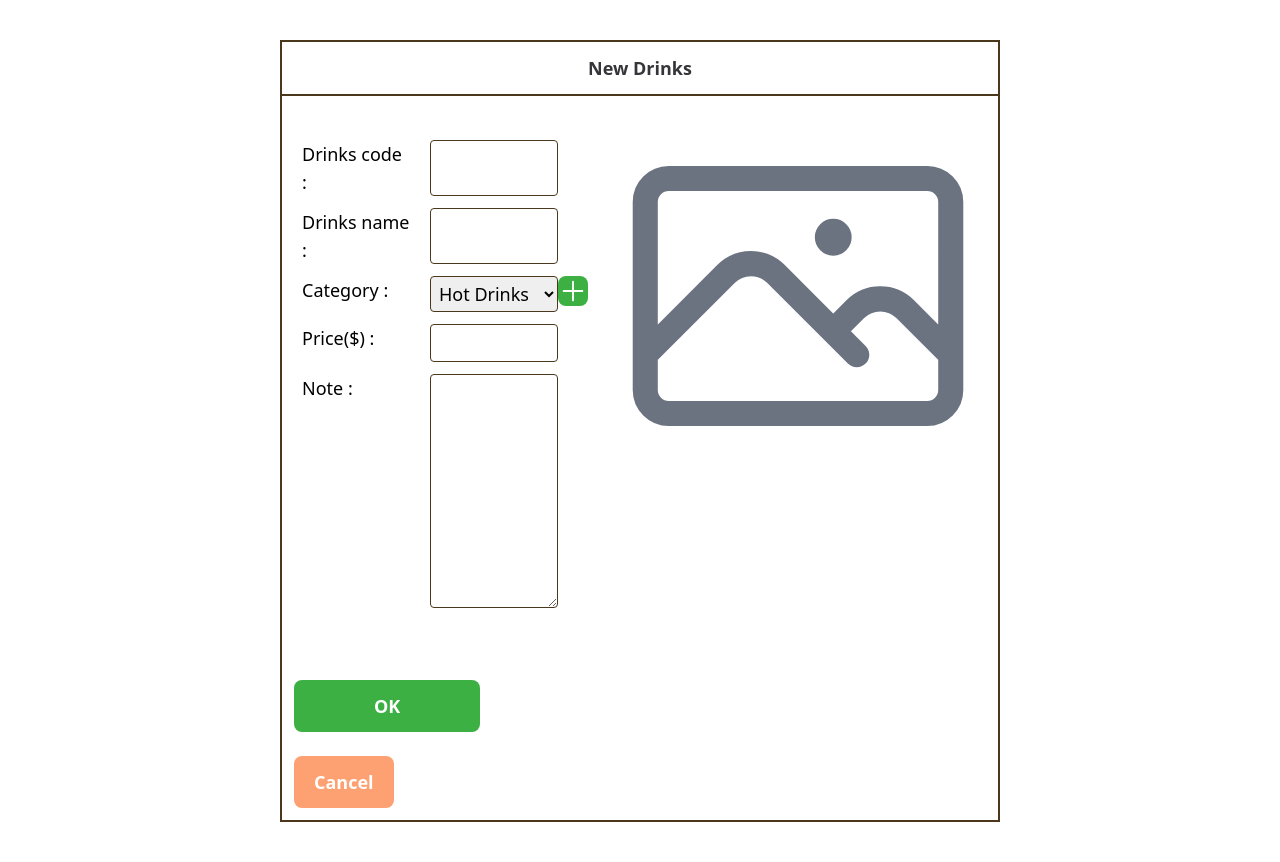
Repository: Dapravith/Midterm-SE-GIC-Cafe-Project-Group16
Page: bin/main/templates/addDrink.html
The author's editor kept a copy of each file at every save. The page is drawn from the files as they stood at one save, then again after the next save.
The browser window is 1280 px wide. The pictures show the whole page.
Some web libraries are served in a nearby version.

Above is the page before, as saved 2023-05-17 08:40:58.

### bin/main/templates/addDrink.html
<!DOCTYPE html>
<html lang="en">

<head>
    <meta charset="UTF-8">
    <meta http-equiv="X-UA-Compatible" content="IE=edge">
    <meta name="viewport" content="width=device-width, initial-scale=1.0">
    <title>Add New Drink</title>
    <script src="https://cdn.tailwindcss.com"></script>
    <style>
        * {
            margin: 0;
            padding: 0;
            box-sizing: border-box;
        }

        button:hover {
            box-shadow: 0 14px 15px 0 rgba(36, 149, 198, 0.921), 0 17px 60px 0 rgba(90, 81, 81, 0.19);
        }

        .text-center {
            color: rgb(54, 54, 58);
            justify-content: center;
            font-weight: bold;
        }
    </style>
</head>

<body class="m-10 text-lg">
    <!-- CRUD PRODUCTS -->
    <div class="new_drink w-[60%] h-fit m-auto  border-[2px] border-solid border-[#4B371C] ">
        <div class="p-3 head">
            <h2 class="text-center">New Drinks</h2>
        </div>
        <div class="w-[100%] border-[1px] border-solid border-[#4B371C]"></div>
        <div class="flex">
            <div class="add_drink w-[60%]">
                <div class="py-3 ">
                    <form action="#" class="p-5 ">
                        <div class="grid grid-cols-2 mt-3">
                            <label class="mr-5" for="dcode">Drinks code :</label>
                            <input type="text" id="dcode" name="" class="p-1 border-[1px] border-solid border-[#4B371C] rounded" placeholder="">
                        </div>
                        <div class="grid grid-cols-2 mt-3">
                            <label class="mr-5" for="dname">Drinks name :</label>
                            <input type="text" id="dname" name="" class="p-1 border-[1px] border-solid border-[#4B371C] rounded" placeholder="">
                        </div>
                        <div class="grid grid-cols-2 mt-3">
                            <label class="mr-5" for="category">Category :</label>
                            <div class="flex justify-between">
                                <select type="add-item" id="category" name="" class="p-1 border-[1px] border-solid border-[#4B371C] rounded" placeholder="">
                                    <option value="1">Hot Drinks</option >
                                    <option value="2" >Cool Drinks</option >
                                    <option value="3" >Frappe</option >
                                    <option value="4" >Milk Tea</option >
                                </select>
                                <button id="add_category" class=" w-fit h-fit bg-[#3CB043] text-center text-white font-bold cursor-pointer duration-100 rounded-lg">
                                    <svg xmlns="http://www.w3.org/2000/svg" fill="none" viewBox="0 0 24 24" stroke-width="1.5" stroke="currentColor" class="w-[30px] h-[30px] " onclick="showPopup()">
                                        <path stroke-linecap="round" stroke-linejoin="round" d="M12 4.5v15m7.5-7.5h-15" />
                                    </svg>
                                </button>

                            </div>

                        </div>

                        <div class="grid grid-cols-2 mt-3">
                            <label class="mr-5" for="price">Price($) :</label>
                            <input name="" min="0" type="number" id="price" class="p-1 border-[1px] border-solid border-[#4B371C] rounded" placeholder="">
                        </div>
                        <div class="grid grid-cols-2 mt-3">
                            <label class="mr-5" for="note">Note :</label>
                            <textarea id="note" cols="50" rows="8" name="" class="p-1 w-full border-[1px] border-solid border-[#4B371C] rounded resize-x"> </textarea>
                        </div>
                    </form>
                </div>
                <br />
                <div>
                    <button class=" py-3 bg-[#3CB043] text-center text-white font-bold px-20 m-3 inline-block cursor-pointer duration-100 rounded-lg">OK</button>
                    <button class=" py-3 px-5 bg-[#FDA172] text-center text-white  font-bold p-3 m-3 inline-block cursor-pointer duration-100 rounded-lg">Cancel</button>
                </div>
            </div>
            <!-- images -->
            <div class="ml-5 img">
                <form action="#">
                    <input id="file-input" type="file" name="file" hidden accept="image/*">
                    <label for="file-input" class="cursor-pointer">
                        <div id="image-preview" class="w-[400px] h-fit p-3 border-[#4B371C]">
                            <svg xmlns="http://www.w3.org/2000/svg" fill="none" viewBox="0 0 24 24" stroke-width="1.6" stroke="currentColor" class="w-full h-full text-gray-500">
                                <path stroke-linecap="round" stroke-linejoin="round" d="M2.25 15.75l5.159-5.159a2.25 2.25 0 013.182 0l5.159 5.159m-1.5-1.5l1.409-1.409a2.25 2.25 0 013.182 0l2.909 2.909m-18 3.75h16.5a1.5 1.5 0 001.5-1.5V6a1.5 1.5 0 00-1.5-1.5H3.75A1.5 1.5 0 002.25 6v12a1.5 1.5 0 001.5 1.5zm10.5-11.25h.008v.008h-.008V8.25zm.375 0a.375.375 0 11-.75 0 .375.375 0 01.75 0z" />
                            </svg>
                        </div>
                    </label>
                </form>
            </div>
        </div>
    </div>
    </div>
    </div>
    </div>
    <!-- ADD NEW CATEGORY -->
    <div class="popup w-[100vw] h-[100vh] absolute top-[0] left-[0] bg-[#f1f1f199] hidden z-[100]">
        <main class="w-[20rem] absolute top-[50%] left-[50%] translate-x-[-50%] translate-y-[-50%]">
            <div class="none w-full h-fit m-auto  border-[2px] border-solid border-[#4B371C]">
                <div class="p-3 head">
                    <h2 class="text-center">New Category</h2>
                </div>
                <div class="w-[100%] border-[1px] border-solid border-[#4B371C]"></div>
                <div class="">
                    <form action="#" class="p-3 add_category">
                        <div class="grid grid-cols-2 mt-3">
                            <label for="gcode">Category code :</label>
                            <input type="text" id="dcode" name="" class="category_code border-[1px] border-solid border-[#4B371C] rounded" placeholder="" required>
                        </div>
                        <div class="grid grid-cols-2 mt-3">
                            <label for="gname">Category name :</label>
                            <input type="text" id="gname" name="" class="category_name border-[1px] border-solid border-[#4B371C] rounded" placeholder="" required>
                        </div>
                        <br />
                        <div class="flex">
                            <input id="okay" type="submit" value="OK" class=" py-3 bg-[#3CB043] text-center font-bold text-white px-16 in m-3 p-3 line-block cursor-pointer duration-100 rounded-lg">
                            <button class="cancel py-3 px-5 bg-[#FDA172] text-center font-bold text-white p-3 m-3 inline-block cursor-pointer duration-100 rounded-lg">Cancel</button>
                        </div>
                    </form>
                </div>
            </div>
        </main>

    </div>
    <script>
        const addNewCat = document.getElementById("add_category");
        const popup = document.querySelector(".popup");
        const form_add_category = document.querySelector(".add_category");
        const imagePreview = document.getElementById("image-preview");
        const fileInput = document.getElementById("file-input");

        addNewCat.addEventListener("click", showPopup);

        function showPopup() {
            popup.classList.remove("hidden");
        }

        form_add_category.addEventListener("submit", () => {
            clear();
            popup.classList.add("hidden");
        });

        document.querySelector(".cancel").addEventListener("click", () => {
            clear();
            popup.classList.add("hidden");
        });

        popup.addEventListener("click", (e) => {
            const target = e.target;

            if (target.classList.contains("popup")) {
                clear();
                popup.classList.add("hidden");
            }
        });

        function readImage(input) {
            if (input.files && input.files[0]) {
                const reader = new FileReader();

                reader.onload = function(e) {
                    const fileName = input.files[0].name;

                    imagePreview.innerHTML = `
                  <div class="image-container">
                    <img src="${e.target.result}" alt="Category Image">
                    <p class="image-name">${fileName}</p>
                    <button class="flex inline-flex items-center px-4 py-2 text-sm font-medium text-white bg-red-700 rounded-md item-center hover:bg-red-900">
                        <svg xmlns="http://www.w3.org/2000/svg" class="w-5 h-5 mr-2" fill="none" viewBox="0 0 24 24" stroke="currentColor">
                          <path stroke-linecap="round" stroke-linejoin="round" stroke-width="2" d="M19 7l-.867 12.142A2 2 0 0116.138 21H7.862a2 2 0 01-1.995-1.858L5 7m5 4v6m4-6v6m1-10V4a1 1 0 00-1-1h-4a1 1 0 00-1 1v3M4 7h16" />
                        </svg>

                        Delete
                      </button>
                  </div>
                `;

                    const deleteButton = imagePreview.querySelector(".delete-image");
                    deleteButton.addEventListener("click", () => {
                        clearImagePreview();
                    });
                };

                reader.readAsDataURL(input.files[0]);
            }
        }



        fileInput.addEventListener("change", function() {
            readImage(this);
        });

        function clear() {
            document.getElementById("dcode").value = "";
            document.getElementById("gname").value = "";
            fileInput.value = "";
            clearImagePreview();
        }

        function clearImagePreview() {
            const imageContainer = document.querySelector(".image-container");
            if (imageContainer) {
                imageContainer.remove();
            }
        }
    </script>
</body>

</html>

After the next save:
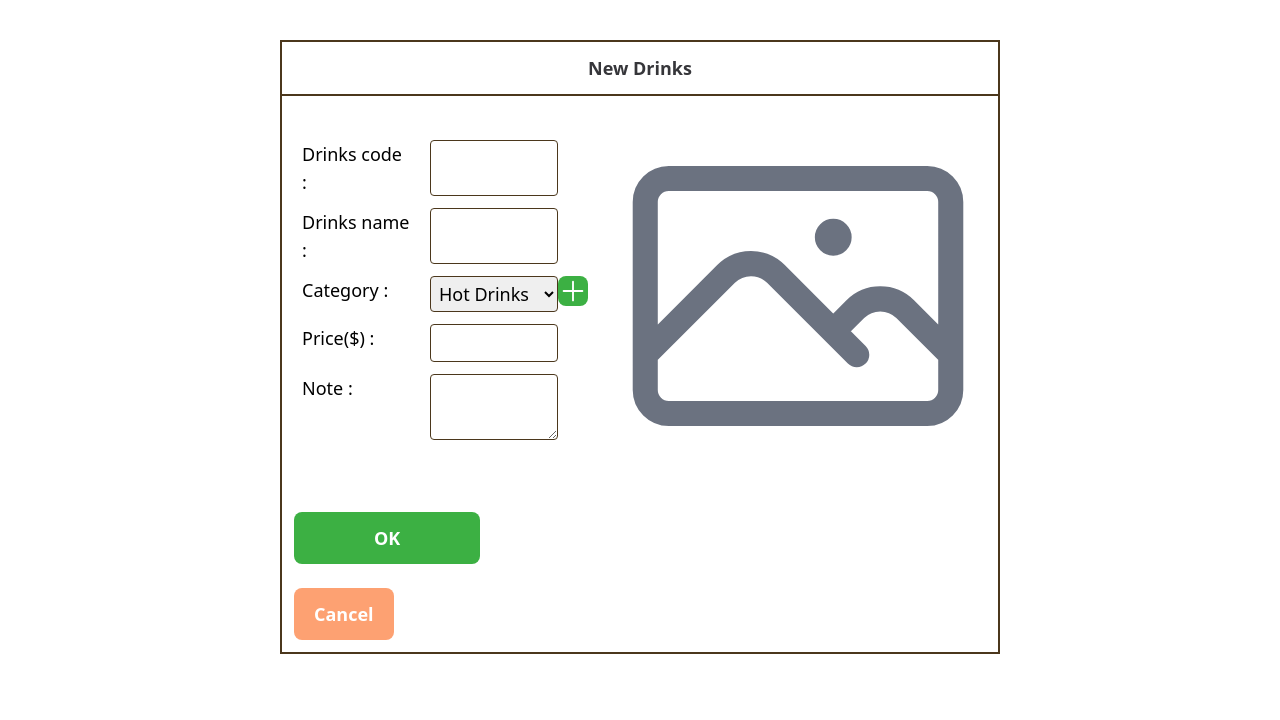
Saved 8 s later.
--- a/bin/main/templates/addDrink.html
+++ b/bin/main/templates/addDrink.html
@@ -70,7 +70,7 @@
                         </div>
                         <div class="grid grid-cols-2 mt-3">
                             <label class="mr-5" for="note">Note :</label>
-                            <textarea id="note" cols="50" rows="8" name="" class="p-1 w-full border-[1px] border-solid border-[#4B371C] rounded resize-x"> </textarea>
+                            <textarea id="note" cols="50" rows="2" name="" class="p-1 w-full border-[1px] border-solid border-[#4B371C] rounded resize-x"> </textarea>
                         </div>
                     </form>
                 </div>
